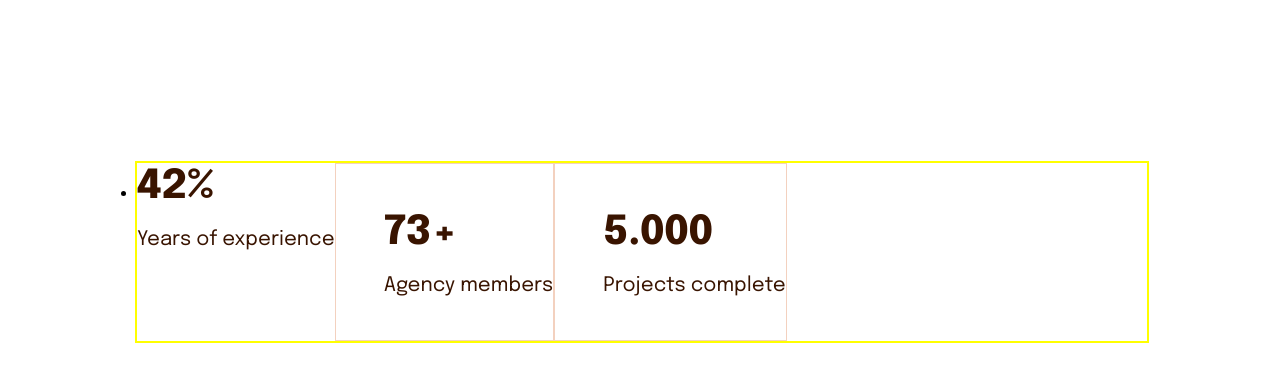
Repository: simralgasimov/task6
Page: index.html
These files come from the project's save history. The page is drawn as it stood at one moment and after a run of saves; the edit follows.
The browser window is 1280 px wide. The pictures show the whole page.

Above is the page before, as saved 2023-08-30 13:17:27.

### index.html
<!DOCTYPE html>
<html lang="en">

<head>
    <meta charset="UTF-8">
    <meta name="viewport" content="width=device-width, initial-scale=1.0">
    <title>Document</title>
    <link rel="stylesheet" href="index.css">
</head>

<body>
    <div class="container">
        <div class="container-1">
            <ul>
                <li class="box-1">
                    <h1>42% </h1>
                    <p>Years of experience </p>
                </li>
                <li class="box-2">
                    <h1>73+ </h1>
                    <p>Agency members </p>

                </li>
                <li class="box-3">
                    <h1>5.000 </h1>
                    <p>Projects complete </p>
                </li>
            </ul>
        </div>
        <div class="container-2"></div>

    </div>
</body>

</html>

### index.css
@import url("https://fonts.googleapis.com/css2?family=Epilogue:wght@400;800&display=swap");

* {
  margin: 0;
  padding: 0;
  box-sizing: border-box;
}

.container {
  padding: 161px 131px 108px 135px;
}

.container-1 ul {
  display: flex;
  /* width: 391px;
  height: 176px; */
  border: 2px solid yellow;
}
.con

.container-1 ul .box-1 {
  padding: 45px 144px 38px 48px;
  list-style: none;
  border: 1px solid #f3d1bf;
}

.container-1 ul .box-2 {
  padding: 45px 0 38px 48px;
  list-style: none;
  border: 1px solid #f3d1bf;
}

.container-1 ul  .box-3 {
  padding: 45px 0 38px 48px;
  list-style: none;
  border: 1px solid #f3d1bf;
}

.container-1 ul  h1 {
  margin-bottom: 13px;
  color: var(--text-dark, #391400);
  font-feature-settings: "clig" off, "liga" off;

  font-family: Epilogue;
  font-size: 40px;
  font-style: normal;
  font-weight: 800;
  line-height: 48px;
}

.container-1 ul li p {
  color: var(--text-dark, #391400);
  font-feature-settings: "clig" off, "liga" off;
  font-family: Epilogue;
  font-size: 20px;
  font-style: normal;
  font-weight: 400;
  line-height: 32px;
}

After the next 3 saves:
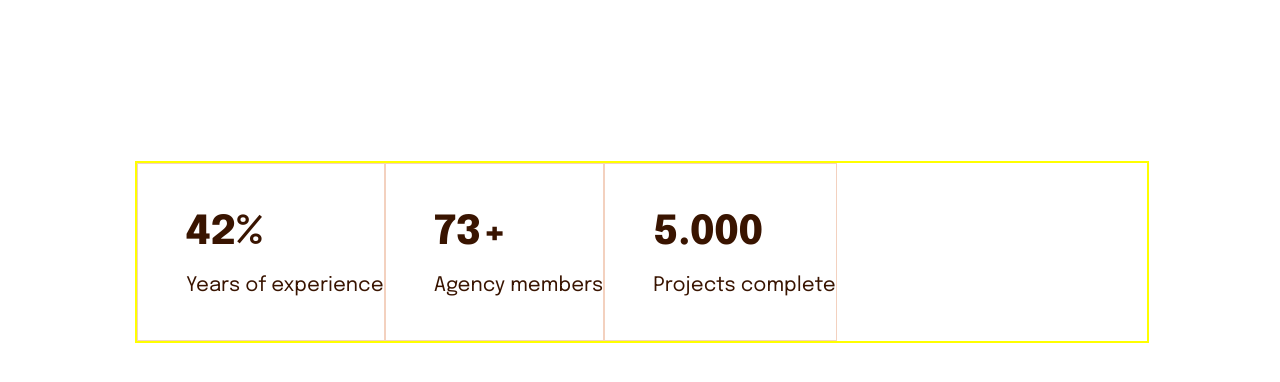
The 3 saves are shown as one change because they came seconds apart.
The last was saved 11 s later.
--- a/index.css
+++ b/index.css
@@ -16,10 +16,12 @@
   height: 176px; */
   border: 2px solid yellow;
 }
-.con
+.container-1 ul li{
+
+}
 
 .container-1 ul .box-1 {
-  padding: 45px 144px 38px 48px;
+  padding: 45px 0 38px 48px;
   list-style: none;
   border: 1px solid #f3d1bf;
 }
